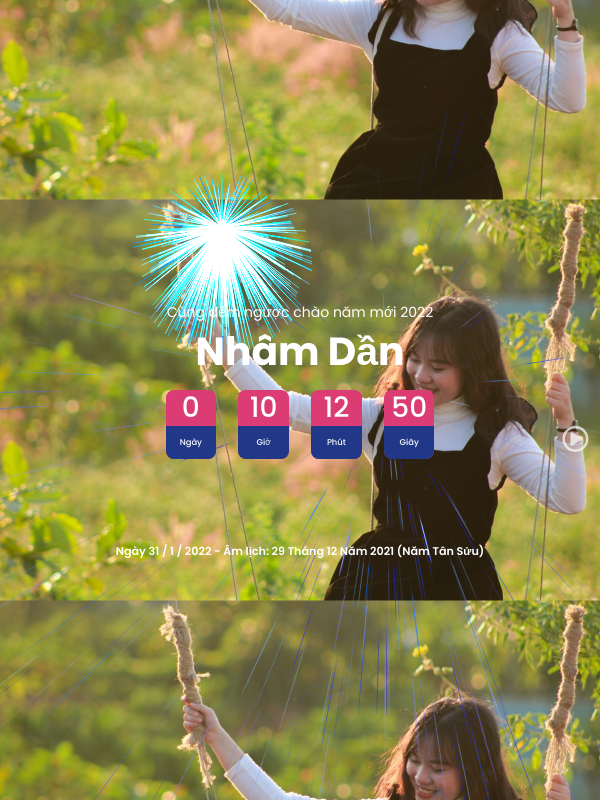
Repository: nguyenban1903/nguyenban1903.github.io
Page: huonggiangcountdown/index.html
The author's editor kept a copy of each file at every save. The page is drawn from the files as they stood at one save, then again after the next save.
The browser window is 600 px wide. The pictures show the whole page.
Some web libraries are served in a nearby version.

Above is the page before, as saved 2022-01-31 17:07:48.

### huonggiangcountdown/index.html
<!DOCTYPE html>
<html lang="en">
  <head>
    <meta charset="UTF-8" />
    <meta http-equiv="X-UA-Compatible" content="IE=edge" />
    <meta name="viewport" content="width=device-width, initial-scale=1.0" />
    <title>Happy New Year - Lunar New Year Vietnamese</title>
    <link rel="shortcut icon" href="./assets/icon/dobee.ico" type="image/x-icon">
    <link rel="icon" href="./assets/icon/dobee.ico" type="image/x-icon">
    <link rel="preconnect" href="https://fonts.googleapis.com" />
    <link rel="preconnect" href="https://fonts.gstatic.com" crossorigin />
    <link
      href="https://fonts.googleapis.com/css2?family=Poppins:wght@300;400;500;600;700;800;900&display=swap"
      rel="stylesheet"
    />
    <link rel="stylesheet" href="https://pro.fontawesome.com/releases/v5.10.0/css/all.css" integrity="sha384-AYmEC3Yw5cVb3ZcuHtOA93w35dYTsvhLPVnYs9eStHfGJvOvKxVfELGroGkvsg+p" crossorigin="anonymous"/>
    <link rel="stylesheet" href="./assets/css/style.css" />
  </head>
  <body>
    <div class="content-wrapper">
      <p class="header">
        Cùng đếm ngược chào năm mới <span id="newyear-positive">0000</span>
      </p>
      <h1 class="newyear">---</h1>
      <div class="time">
        <div class="time-box">
          <div class="time-box__count">
            <span id="days">0</span>
          </div>
          <div class="time-box__text">Ngày</div>
        </div>
        <div class="time-box">
          <div class="time-box__count">
            <span id="hours">0</span>
          </div>
          <div class="time-box__text">Giờ</div>
        </div>
        <div class="time-box">
          <div class="time-box__count">
            <span id="minutes">0</span>
          </div>
          <div class="time-box__text">Phút</div>
        </div>
        <div class="time-box">
          <div class="time-box__count">
            <span id="seconds">0</span>
          </div>
          <div class="time-box__text">Giây</div>
        </div>
      </div>

      <div class="current-date">
        <span class="date-positive">----</span>
        <span class="date-lunar">---</span>
      </div>
      <div class="musics">
        <i class="far fa-play-circle play-btn"></i>
        <i class="far fa-pause-circle pause-btn hide"></i>
      </div>
    </div>
    <div
      class="firework-container"
      style="background-image: url('./assets/img/g5.jpg')"
    ></div>
    <script src="./assets/js/fireworks.js"></script>
    <script src="./assets/js/amlich-nbd.js"></script>
    <script src="./assets/js/app.js"></script>
  </body>
</html>

### huonggiangcountdown/assets/css/style.css
:root {
  --txt-color: #fff;
  --timer-box-bg: #db3c74;
  --timer-box-txt-bg: #203887;
}

* {
  margin: 0;
  padding: 0;
  box-sizing: border-box;
}

html {
  user-select: none;
  font-family: "Poppins", sans-serif;
}

body {
  height: 100vh;
  color: var(--txt-color);
  overflow: hidden;
}

.firework-container {
  position: fixed;
  z-index: 0;
  left: 0;
  top: 0;
  width: 100%;
  height: 100%;
  background-position: right;
  background-size: contain;
  background-repeat: repeat;
}

.content-wrapper {
  position: absolute;
  z-index: 999;
  top: 0;
  left: -80px;
  width: 100%;
  height: 100%;
  display: flex;
  flex-direction: column;
  justify-content: center;
  align-items: center;
}

.header {
  font-size: 2rem;
  font-weight: 400;
  margin-bottom: 15px;
}

.newyear {
  font-size: 5rem;
  font-weight: 700;
  line-height: 1.5;
  margin-bottom: 27px
}

.time {
  display: flex;
  justify-content: center;
  align-items: center;
}

.time > * ~ * {
  margin-left: 4rem;
}

.time-box {
  background-color: var(--timer-box-bg);
  border-radius: 8px;
}

.time-box__count {
  width: 9rem;
  height: 9rem;
  display: flex;
  flex-direction: column;
  align-items: center;
  justify-content: center;
}

.time-box__count > span {
  font-size: 5rem;
  font-weight: 500;
}

.time-box__text {
  background-color: var(--timer-box-txt-bg);
  font-size: 1.5rem;
  font-weight: 500;
  text-align: center;
  padding: 10px 0;
  border-bottom-left-radius: 8px;
  border-bottom-right-radius: 8px;
}

.current-date {
  position: absolute;
  bottom: 25px;
}

.date-positive {
  font-size: 1.3rem;
  font-weight: 400;
}

.date-lunar {
  font-size: 1.3rem;
  font-weight: 400;
}

.musics {
  position: absolute;
  bottom: 26px;
  right: 24px;
  cursor: pointer;
}
.hide {
  display: none;
}
.musics > i {
  font-size: 2.4rem;
  opacity: 0.7;
}

@keyframes rotateBtn {
  from {
    transform: rotate(0);
  }
  to {
    transform: rotate(360deg);
  }
}

@media only screen and (min-width: 701px) and (max-width: 1200px) {
  html {
    font-size: 55%;
  }
  .content-wrapper{
    left: 0;
  }
  .header {
    font-size: 3rem;
    font-weight: 400;
  }
  .newyear {
    margin-bottom: 1.5em;
    font-size: 10rem;
    font-weight: 700;
    line-height: 2;
  }
  .time{
    bottom: 8em;
  }
  .time-box{
    height:12em;
  }
  .time-box__count{
    display: flex;
    flex-direction: column;
    align-items: center;
    justify-content: center;
  }
  .current-date {
    bottom: 8em;
  }
  .date-positive {
    font-size: 1.5rem;
    font-weight: 600;
  }
  .date-lunar {
    font-size: 1.5rem;
    font-weight: 600;
  }
  .musics {
    bottom: 10em;
    right: 1em;
  }
  .musics > i {
    font-size: 3.6rem;
    opacity: 0.7;
  }
}

@media only screen and (max-width: 700px) {
  html {
    font-size: 35%;
  }
  .content-wrapper{
    left: 0;
    margin: 0;
    padding: auto;
  }
  .header {
    margin-bottom: 0;
    font-size: 2.5rem;
    text-align: center;
  }
  .newyear {
    margin-bottom: 0.2em;
    font-size: 7rem;
    font-weight: 700;
    line-height: 1.5;
    text-align: center;
  }
  .time{
    padding-bottom: 7em;
  }
  .time-box__count{
    height: 6.5em;
  }
  .date-positive {
    font-size: 2rem;
    font-weight: 600;
    text-align: center;
  }
  .current-date {
    /* position : absolute; */
    text-align: center;
    font-size: 1.7em;
    bottom: 30%;
  }
  .date-lunar {
    font-size: 2rem;
    font-weight: 600;
  }
  .musics {
    bottom: 62em;
    right: 2em;
  }
  .musics > i {
    font-size: 4.8rem;
    opacity: 0.7;
  }

}

### huonggiangcountdown/assets/js/amlich-nbd.js
const CAN = [ "Giáp", "Ất", "Bính", "Đinh", "Mậu", "Kỷ", "Canh", "Tân", "Nhâm", "Quý", ];
const CHI = [ "Tý", "Sửu", "Dần", "Mão", "Thìn", "Tỵ", "Ngọ", "Mùi", "Thân", "Dậu", "Tuất", "Hợi", ];

TK13 = new Array(
    0x226da2, 0x4695d0, 0x3349dc, 0x5849b0, 0x42a4b0, 0x2aaab8, 0x506a50, 0x3ab540, 0x24bb44, 0x48ab6,
    0x3495b0, 0x205372, 0x464970, 0x2e64f9, 0x5454b0, 0x3e6a50, 0x296c57, 0x4c5ac0, 0x36ab60, 0x2386e,
    0x4892e0, 0x30c97c, 0x56c960, 0x40d4a0, 0x2adaa8, 0x4eb550, 0x3a56a0, 0x24adb5, 0x4c25d0, 0x3492e,
    0x1ed2b2, 0x44a950, 0x2ed4d9, 0x52b2a0, 0x3cb550, 0x285757, 0x4e4da0, 0x36a5b0, 0x225574, 0x4852b,
    0x33a93c, 0x566930, 0x406aa0, 0x2aada8, 0x50ab50, 0x3a4b60, 0x24aae4, 0x4aa570, 0x365270, 0x1f526,
    0x42e530, 0x2e6cba, 0x5456a0, 0x3c5b50, 0x294ad6, 0x4e4ae0, 0x38a4e0, 0x20d4d4, 0x46d260, 0x30d53,
    0x56b520, 0x3eb6a0, 0x2b56a9, 0x505570, 0x3c49d0, 0x25a1b5, 0x4aa4b0, 0x34aa50, 0x1eea51, 0x42b52,
    0x2cb5aa, 0x52ab60, 0x3e95b0, 0x284b76, 0x4e4970, 0x3864b0, 0x22b4b3, 0x466a50, 0x306b3b, 0x565ac,
    0x40ab60, 0x2b2ad8, 0x5049e0, 0x3aa4d0, 0x24d4b5, 0x48b250, 0x32b520, 0x1cf522, 0x42b5a0, 0x2c95e,
    0x5295b0, 0x3e49b0, 0x28a576, 0x4ca4b0, 0x36aa50, 0x20ba54, 0x466d40, 0x2ead6c, 0x54ab60, 0x409370
  )
  TK14 = new Array(
    0x2d49b8, 0x504970, 0x3a64b0, 0x246ca5, 0x48da50, 0x325aa0, 0x1cd6c1, 0x42a6e0, 0x2e92fb, 0x5292e,
    0x3cc960, 0x26d557, 0x4cd4a0, 0x34d550, 0x215553, 0x4656a0, 0x30a6d0, 0x1aa5d1, 0x4092b0, 0x2aa5b,
    0x50a950, 0x38b2a0, 0x23b2a5, 0x48ad50, 0x344da0, 0x1ccba1, 0x42a570, 0x2e52f9, 0x545270, 0x3c693,
    0x266b37, 0x4c6aa0, 0x36ab50, 0x205753, 0x464b60, 0x30a67c, 0x56a2e0, 0x3ed160, 0x28e968, 0x4ed4a,
    0x38daa0, 0x225ea5, 0x4856d0, 0x344ae0, 0x1f85d2, 0x42a2d0, 0x2cd17a, 0x52aa50, 0x3cb520, 0x24d74,
    0x4aada0, 0x3655d0, 0x2253b3, 0x4645b0, 0x30a2b0, 0x1ba2b1, 0x40aa50, 0x28b559, 0x4e6b20, 0x38ad6,
    0x255365, 0x489370, 0x344570, 0x1ea573, 0x4452b0, 0x2c6a6a, 0x50d950, 0x3c5aa0, 0x27aac7, 0x4aa6e,
    0x3652e0, 0x20cae3, 0x46a560, 0x2ed2bb, 0x54d2a0, 0x3ed550, 0x2a5ad9, 0x4e56a0, 0x38a6d0, 0x2455d,
    0x4a52b0, 0x32a8d0, 0x1ce552, 0x42b2a0, 0x2cb56a, 0x50ad50, 0x3c4da0, 0x26a7a6, 0x4ca570, 0x3651b,
    0x21a174, 0x466530, 0x316a9c, 0x545aa0, 0x3eab50, 0x2a2bd9, 0x502b60, 0x38a370, 0x2452e5, 0x48d160
  )
  TK15 = new Array(
    0x32e4b0, 0x1c7523, 0x40daa0, 0x2d5b4b, 0x5256d0, 0x3c2ae0, 0x26a3d7, 0x4ca2d0, 0x36d150, 0x1ed95,
    0x44b520, 0x2eb69c, 0x54ada0, 0x3e55d0, 0x2b25b9, 0x5045b0, 0x3aa2b0, 0x22aab5, 0x48a950, 0x32b52,
    0x1ceaa1, 0x40ab60, 0x2c55bc, 0x524b70, 0x3e4570, 0x265377, 0x4c52b0, 0x366950, 0x216954, 0x445aa,
    0x2eab5c, 0x54a6e0, 0x404ae0, 0x28a5e8, 0x4ea560, 0x38d2a0, 0x22eaa6, 0x46d550, 0x3256a0, 0x1d95a,
    0x4295d0, 0x2c4afb, 0x5249b0, 0x3ca4d0, 0x26d2d7, 0x4ab2a0, 0x34b550, 0x205d54, 0x462da0, 0x2e95b,
    0x1b1571, 0x4049b0, 0x2aa4f9, 0x4e64b0, 0x386a90, 0x22aea6, 0x486b50, 0x322b60, 0x1caae2, 0x42937,
    0x2f496b, 0x50c960, 0x3ae4d0, 0x266b27, 0x4adaa0, 0x345ad0, 0x2036d3, 0x4626e0, 0x3092e0, 0x18d2d,
    0x3ec950, 0x28d4d9, 0x4eb4a0, 0x36b690, 0x2355a6, 0x4855b0, 0x3425d0, 0x1ca5b2, 0x4292b0, 0x2ca97,
    0x526950, 0x3a74a0, 0x24b5a8, 0x4aab60, 0x3653b0, 0x202b74, 0x462570, 0x3052b0, 0x1ad2b1, 0x3e695,
    0x286ad9, 0x4e5aa0, 0x38ab50, 0x224ed5, 0x484ae0, 0x32a370, 0x1f44e3, 0x40d2a0, 0x2bd94b, 0x50b550
  )
  TK16 = new Array(
    0x3c56a0, 0x2497a7, 0x4a95d0, 0x364ae0, 0x20a9b4, 0x44a4d0, 0x2ed250, 0x19aaa1, 0x3eb550, 0x2856d,
    0x4e2da0, 0x3895b0, 0x244b75, 0x484970, 0x32a4b0, 0x1cb4b4, 0x426a90, 0x2aad5c, 0x505b50, 0x3c2b6,
    0x2695e8, 0x4a92f0, 0x364970, 0x206964, 0x44d4a0, 0x2cea5c, 0x52d690, 0x3e56d0, 0x2b2b5a, 0x4e26e,
    0x3892e0, 0x22cad6, 0x48c950, 0x30d4a0, 0x1af4a2, 0x40b590, 0x2c56dc, 0x5055b0, 0x3c25d0, 0x2693b,
    0x4c92b0, 0x34a950, 0x1fb155, 0x446ca0, 0x2ead50, 0x192b61, 0x3e4bb0, 0x2a25f9, 0x502570, 0x3852b,
    0x22aaa6, 0x46e950, 0x326aa0, 0x1abaa3, 0x40ab50, 0x2c4b7b, 0x524ae0, 0x3aa570, 0x2652d7, 0x4ad26,
    0x34d950, 0x1e5d55, 0x4456a0, 0x2e96d0, 0x1a55d2, 0x3e4ae0, 0x28a4fa, 0x4ea4d0, 0x38d250, 0x20d69,
    0x46b550, 0x3235a0, 0x1caba2, 0x4095b0, 0x2d49bc, 0x524970, 0x3ca4b0, 0x24b2b8, 0x4a6a50, 0x346d4,
    0x1fab54, 0x442ba0, 0x2e9370, 0x2e52f2, 0x544970, 0x3c64e9, 0x60d4a0, 0x4aea50, 0x373aa6, 0x5a56d,
    0x462b60, 0x3185e3, 0x5692e0, 0x3ec97b, 0x64a950, 0x4ed4a0, 0x38daa8, 0x5cb550, 0x4856b0, 0x342da4
  )
  TK17 = new Array(
    0x58a5d0, 0x4292d0, 0x2cd2b2, 0x52a950, 0x3cb4d9, 0x606aa0, 0x4aad50, 0x365756, 0x5c4ba0, 0x44a5b,
    0x314573, 0x5652b0, 0x41a94b, 0x62e950, 0x4e6aa0, 0x38ada8, 0x5e9b50, 0x484b60, 0x32aae4, 0x58a4f,
    0x445260, 0x2bd262, 0x50d550, 0x3d5a9a, 0x6256a0, 0x4a96d0, 0x3749d6, 0x5c49e0, 0x46a4d0, 0x2ed4d,
    0x54d250, 0x3ed53b, 0x64b540, 0x4cb5a0, 0x3995a8, 0x5e95b0, 0x4a49b0, 0x32a974, 0x58a4b0, 0x42aa5,
    0x2cea51, 0x506d40, 0x3aadbb, 0x622b60, 0x4c9370, 0x364af6, 0x5c4970, 0x4664b0, 0x3074a3, 0x52da5,
    0x3e6b5b, 0x6456d0, 0x502ae0, 0x3893e7, 0x5e92e0, 0x48c960, 0x33d155, 0x56d4a0, 0x40da50, 0x2d355,
    0x5256a0, 0x3aa6fa, 0x6225d0, 0x4c92d0, 0x36aab6, 0x5aa950, 0x44b4a0, 0x2ebaa4, 0x54ad50, 0x3f55a,
    0x644ba0, 0x4ea5b0, 0x3b5278, 0x5e52b0, 0x486930, 0x327555, 0x586aa0, 0x40ab50, 0x2c5b52, 0x524b6,
    0x3da56a, 0x60a4f0, 0x4c5260, 0x34ea66, 0x5ad530, 0x445aa0, 0x2eb6a3, 0x5496d0, 0x404ae0, 0x28c9d,
    0x4ea4d0, 0x38d2d8, 0x5eb250, 0x46b520, 0x31d545, 0x56ada0, 0x4295d0, 0x2c55b2, 0x5249b0, 0x3ca4f9
  )
  TK18 = new Array(
    0x62a4b0, 0x4caa50, 0x37b457, 0x5c6b40, 0x46ada0, 0x305b64, 0x569370, 0x424970, 0x2cc971, 0x5064b,
    0x3a6aa8, 0x5eda50, 0x4a5aa0, 0x32aec5, 0x58a6e0, 0x4492f0, 0x3052e2, 0x52c960, 0x3dd49a, 0x62d4a,
    0x4cd550, 0x365b57, 0x5c56a0, 0x46a6d0, 0x3295d4, 0x5692d0, 0x40a95c, 0x2ad4b0, 0x50b2a0, 0x38b5a,
    0x5ead50, 0x4a4da0, 0x34aba4, 0x58a570, 0x4452b0, 0x2eb273, 0x546930, 0x3c6abb, 0x626aa0, 0x4cab5,
    0x394b57, 0x5c4b60, 0x46a570, 0x3252e4, 0x56d160, 0x3ee93c, 0x64d520, 0x4edaa0, 0x3b5b29, 0x5e56d,
    0x4a4ae0, 0x34a5d5, 0x5aa2d0, 0x42d150, 0x2cea52, 0x52b520, 0x3cd6ab, 0x60ada0, 0x4c55d0, 0x384bb,
    0x5e45b0, 0x46a2b0, 0x30d2b4, 0x56aa50, 0x41b52c, 0x646b20, 0x4ead60, 0x3a55e9, 0x609370, 0x4a457,
    0x34a575, 0x5a52b0, 0x446a50, 0x2d5a52, 0x525aa0, 0x3dab4b, 0x62a6e0, 0x4c92e0, 0x36c6e6, 0x5ca56,
    0x46d4a0, 0x2eeaa5, 0x54d550, 0x4056a0, 0x2ad5a1, 0x4ea5d0, 0x3b52d9, 0x6052b0, 0x4aa950, 0x32d55,
    0x58b2a0, 0x42b550, 0x2e6d52, 0x524da0, 0x3da5cb, 0x62a570, 0x4e51b0, 0x36a977, 0x5c6530, 0x466a90
  )
  TK19 = new Array(
    0x30baa3, 0x56ab50, 0x422ba0, 0x2cab61, 0x52a370, 0x3c51e8, 0x60d160, 0x4ae4b0, 0x376926, 0x58daa0,
    0x445b50, 0x3116d2, 0x562ae0, 0x3ea2e0, 0x28e2d2, 0x4ec950, 0x38d556, 0x5cb520, 0x46b690, 0x325da4,
    0x5855d0, 0x4225d0, 0x2ca5b3, 0x52a2b0, 0x3da8b7, 0x60a950, 0x4ab4a0, 0x35b2a5, 0x5aad50, 0x4455b0,
    0x302b74, 0x562570, 0x4052f9, 0x6452b0, 0x4e6950, 0x386d56, 0x5e5aa0, 0x46ab50, 0x3256d4, 0x584ae0,
    0x42a570, 0x2d4553, 0x50d2a0, 0x3be8a7, 0x60d550, 0x4a5aa0, 0x34ada5, 0x5a95d0, 0x464ae0, 0x2eaab4,
    0x54a4d0, 0x3ed2b8, 0x64b290, 0x4cb550, 0x385757, 0x5e2da0, 0x4895d0, 0x324d75, 0x5849b0, 0x42a4b0,
    0x2da4b3, 0x506a90, 0x3aad98, 0x606b50, 0x4c2b60, 0x359365, 0x5a9370, 0x464970, 0x306964, 0x52e4a0,
    0x3cea6a, 0x62da90, 0x4e5ad0, 0x392ad6, 0x5e2ae0, 0x4892e0, 0x32cad5, 0x56c950, 0x40d4a0, 0x2bd4a3,
    0x50b690, 0x3a57a7, 0x6055b0, 0x4c25d0, 0x3695b5, 0x5a92b0, 0x44a950, 0x2ed954, 0x54b4a0, 0x3cb550,
    0x286b52, 0x4e55b0, 0x3a2776, 0x5e2570, 0x4852b0, 0x32aaa5, 0x56e950, 0x406aa0, 0x2abaa3, 0x50ab50
  ) /* Years 1800-1899 */
  TK20 = new Array(
    0x3c4bd8, 0x624ae0, 0x4ca570, 0x3854d5, 0x5cd260, 0x44d950, 0x315554, 0x5656a0, 0x409ad0, 0x2a55d2,
    0x504ae0, 0x3aa5b6, 0x60a4d0, 0x48d250, 0x33d255, 0x58b540, 0x42d6a0, 0x2cada2, 0x5295b0, 0x3f4977,
    0x644970, 0x4ca4b0, 0x36b4b5, 0x5c6a50, 0x466d40, 0x2fab54, 0x562b60, 0x409570, 0x2c52f2, 0x504970,
    0x3a6566, 0x5ed4a0, 0x48ea50, 0x336a95, 0x585ad0, 0x442b60, 0x2f86e3, 0x5292e0, 0x3dc8d7, 0x62c950,
    0x4cd4a0, 0x35d8a6, 0x5ab550, 0x4656a0, 0x31a5b4, 0x5625d0, 0x4092d0, 0x2ad2b2, 0x50a950, 0x38b557,
    0x5e6ca0, 0x48b550, 0x355355, 0x584da0, 0x42a5b0, 0x2f4573, 0x5452b0, 0x3ca9a8, 0x60e950, 0x4c6aa0,
    0x36aea6, 0x5aab50, 0x464b60, 0x30aae4, 0x56a570, 0x405260, 0x28f263, 0x4ed940, 0x38db47, 0x5cd6a0,
    0x4896d0, 0x344dd5, 0x5a4ad0, 0x42a4d0, 0x2cd4b4, 0x52b250, 0x3cd558, 0x60b540, 0x4ab5a0, 0x3755a6,
    0x5c95b0, 0x4649b0, 0x30a974, 0x56a4b0, 0x40aa50, 0x29aa52, 0x4e6d20, 0x39ad47, 0x5eab60, 0x489370,
    0x344af5, 0x5a4970, 0x4464b0, 0x2c74a3, 0x50ea50, 0x3d6a58, 0x6256a0, 0x4aaad0, 0x3696d5, 0x5c92e0
  ) /* Years 1900-1999 */
  TK21 = new Array(
    0x46c960, 0x2ed954, 0x54d4a0, 0x3eda50, 0x2a7552, 0x4e56a0, 0x38a7a7, 0x5ea5d0, 0x4a92b0, 0x32aab5,
    0x58a950, 0x42b4a0, 0x2cbaa4, 0x50ad50, 0x3c55d9, 0x624ba0, 0x4ca5b0, 0x375176, 0x5c5270, 0x466930,
    0x307934, 0x546aa0, 0x3ead50, 0x2a5b52, 0x504b60, 0x38a6e6, 0x5ea4e0, 0x48d260, 0x32ea65, 0x56d520,
    0x40daa0, 0x2d56a3, 0x5256d0, 0x3c4afb, 0x6249d0, 0x4ca4d0, 0x37d0b6, 0x5ab250, 0x44b520, 0x2edd25,
    0x54b5a0, 0x3e55d0, 0x2a55b2, 0x5049b0, 0x3aa577, 0x5ea4b0, 0x48aa50, 0x33b255, 0x586d20, 0x40ad60,
    0x2d4b63, 0x525370, 0x3e49e8, 0x60c970, 0x4c54b0, 0x3768a6, 0x5ada50, 0x445aa0, 0x2fa6a4, 0x54aad0,
    0x4052e0, 0x28d2e3, 0x4ec950, 0x38d557, 0x5ed4a0, 0x46d950, 0x325d55, 0x5856a0, 0x42a6d0, 0x2c55d4,
    0x5252b0, 0x3ca9b8, 0x62a930, 0x4ab490, 0x34b6a6, 0x5aad50, 0x4655a0, 0x2eab64, 0x54a570, 0x4052b0,
    0x2ab173, 0x4e6930, 0x386b37, 0x5e6aa0, 0x48ad50, 0x332ad5, 0x582b60, 0x42a570, 0x2e52e4, 0x50d160,
    0x3ae958, 0x60d520, 0x4ada90, 0x355aa6, 0x5a56d0, 0x462ae0, 0x30a9d4, 0x54a2d0, 0x3ed150, 0x28e952
  ) /* Years 2000-2099 */
  TK22 = new Array(
    0x4eb520, 0x38d727, 0x5eada0, 0x4a55b0, 0x362db5, 0x5a45b0, 0x44a2b0, 0x2eb2b4, 0x54a950, 0x3cb559,
    0x626b20, 0x4cad50, 0x385766, 0x5c5370, 0x484570, 0x326574, 0x5852b0, 0x406950, 0x2a7953, 0x505aa0,
    0x3baaa7, 0x5ea6d0, 0x4a4ae0, 0x35a2e5, 0x5aa550, 0x42d2a0, 0x2de2a4, 0x52d550, 0x3e5abb, 0x6256a0,
    0x4c96d0, 0x3949b6, 0x5e4ab0, 0x46a8d0, 0x30d4b5, 0x56b290, 0x40b550, 0x2a6d52, 0x504da0, 0x3b9567,
    0x609570, 0x4a49b0, 0x34a975, 0x5a64b0, 0x446a90, 0x2cba94, 0x526b50, 0x3e2b60, 0x28ab61, 0x4c9570,
    0x384ae6, 0x5cd160, 0x46e4a0, 0x2eed25, 0x54da90, 0x405b50, 0x2c36d3, 0x502ae0, 0x3a93d7, 0x6092d0,
    0x4ac950, 0x32d556, 0x58b4a0, 0x42b690, 0x2e5d94, 0x5255b0, 0x3e25fa, 0x6425b0, 0x4e92b0, 0x36aab6,
    0x5c6950, 0x4674a0, 0x31b2a5, 0x54ad50, 0x4055a0, 0x2aab73, 0x522570, 0x3a5377, 0x6052b0, 0x4a6950,
    0x346d56, 0x585aa0, 0x42ab50, 0x2e56d4, 0x544ae0, 0x3ca570, 0x2864d2, 0x4cd260, 0x36eaa6, 0x5ad550,
    0x465aa0, 0x30ada5, 0x5695d0, 0x404ad0, 0x2aa9b3, 0x50a4d0, 0x3ad2b7, 0x5eb250, 0x48b540, 0x33d556
  ) /* Years 2100-2199 */
const months = [01, 02, 03, 04, 05, 06, 07, 08, 09, 10, 11, 12];
const FIRST_DAY = jdn(31, 1, 1200)
const LAST_DAY = jdn(31, 12, 2199)
const PI = Math.PI
const today = new Date()
const currentLunarDate = getLunarDate(today.getDate(), today.getMonth()+1, today.getFullYear())
const currentMonth = today.getMonth()+1
const currentYear = today.getFullYear();
function INT(d) {
    return Math.floor(d);
}

function LunarDate(dd, mm, yy, leap, jd) {
    this.day = dd;
    this.month = mm;
    this.year = yy;
    this.leap = leap;
    this.jd = jd;
}

function jdn(dd, mm, yy) {
    var a = INT((14 - mm) / 12);
    var y = yy+4800-a;
    var m = mm+12*a-3;
    var jd = dd + INT((153*m+2)/5) + 365*y + INT(y/4) - INT(y/100) + INT(y/400) - 32045;
    return jd;
    //return 367*yy - INT(7*(yy+INT((mm+9)/12))/4) - INT(3*(INT((yy+(mm-9)/7)/100)+1)/4) + INT(275*mm/9)+dd+1721029;
}

function decodeLunarYear(yy, k) {
    var monthLengths, regularMonths, offsetOfTet, leapMonth, leapMonthLength, solarNY, currentJD, j, mm;
    var ly = new Array();
    monthLengths = new Array(29, 30);
    regularMonths = new Array(12);
    offsetOfTet = k >> 17;
    leapMonth = k & 0xf;
    leapMonthLength = monthLengths[k >> 16 & 0x1];
    solarNY = jdn(1, 1, yy);
    currentJD = solarNY+offsetOfTet;
    j = k >> 4;
    for(i = 0; i < 12; i++) {
      regularMonths[12 - i - 1] = monthLengths[j & 0x1];
      j >>= 1;
    }
    if (leapMonth == 0) {
      for(mm = 1; mm <= 12; mm++) {
        ly.push(new LunarDate(1, mm, yy, 0, currentJD));
        currentJD += regularMonths[mm-1];
      }
    } else {
      for(mm = 1; mm <= leapMonth; mm++) {
        ly.push(new LunarDate(1, mm, yy, 0, currentJD));
        currentJD += regularMonths[mm-1];
      }
      ly.push(new LunarDate(1, leapMonth, yy, 1, currentJD));
      currentJD += leapMonthLength;
      for(mm = leapMonth+1; mm <= 12; mm++) {
        ly.push(new LunarDate(1, mm, yy, 0, currentJD));
        currentJD += regularMonths[mm-1];
      }
    }
    return ly;
  }

  function getYearInfo(yyyy) {
    var yearCode;
    if (yyyy < 1300) {
      yearCode = TK13[yyyy - 1200];
    } else if (yyyy < 1400) {
      yearCode = TK14[yyyy - 1300];
    } else if (yyyy < 1500) {
      yearCode = TK15[yyyy - 1400];
    } else if (yyyy < 1600) {
      yearCode = TK16[yyyy - 1500];
    } else if (yyyy < 1700) {
      yearCode = TK17[yyyy - 1600];
    } else if (yyyy < 1800) {
      yearCode = TK18[yyyy - 1700];
    } else if (yyyy < 1900) {
      yearCode = TK19[yyyy - 1800];
    } else if (yyyy < 2000) {
      yearCode = TK20[yyyy - 1900];
    } else if (yyyy < 2100) {
      yearCode = TK21[yyyy - 2000];
    } else {
      yearCode = TK22[yyyy - 2100];
    }
    return decodeLunarYear(yyyy, yearCode);
  }

  function findLunarDate(jd, ly) {
    if (jd > LAST_DAY || jd < FIRST_DAY || ly[0].jd > jd) {
      return new LunarDate(0, 0, 0, 0, jd);
    }
    var i = ly.length-1;
    while (jd < ly[i].jd) {
      i--;
    }
    var off = jd - ly[i].jd;
    ret = new LunarDate(ly[i].day+off, ly[i].month, ly[i].year, ly[i].leap, jd);
    return ret;
  }

  function getLunarDate(dd, mm, yyyy) {
    var ly, jd;
    if (yyyy < 1300 || 2199 < yyyy) {
      //return new LunarDate(0, 0, 0, 0, 0);
    }
    ly = getYearInfo(yyyy);
    jd = jdn(dd, mm, yyyy);
    if (jd < ly[0].jd) {
      ly = getYearInfo(yyyy - 1);
    }
    return findLunarDate(jd, ly);
  }

function getYearCanChi(year) {
    return CAN[(year + 6) % 10] + " " + CHI[(year + 8) % 12];
}

### huonggiangcountdown/assets/js/app.js
const fireWorkContainer = document.querySelector(".firework-container");
const daySpan = document.querySelector("#days");
const hourSpan = document.querySelector("#hours");
const minuteSpan = document.querySelector("#minutes");
const secondSpan = document.querySelector("#seconds");
const lunarTimeSpan = document.querySelector(".date-lunar");
const positiveTimeSpan = document.querySelector(".date-positive");
const newYearPositive = document.querySelector("#newyear-positive");
const newYearLunar = document.querySelector(".newyear");
const musicPlay = document.querySelector(".musics");
const playBtn = document.querySelector(".play-btn");
const pauseBtn = document.querySelector(".pause-btn");
const songs = [
  {
      name: "Năm qua tôi đã làm gì",
      path: './assets/music/NamQuaToiDaLamGi.mp3',
  },
  {
      name: "1 năm mới bình an",
      path: './assets/music/1nammoibinhan.mp3',
  },
  {
      name: "Happy New Year",
      path: "./assets/music/HappyNewYear-ABBA.mp3"
  }
];
let isPlaying = false
let currSong, flag = 0
const audio = new Audio()

const firework = new Fireworks(fireWorkContainer, {
  speech: 4,
  acceleration: 2,
  friction: 1,
  gravity: 4,
  particles: 600,
  explosion: 10,
});

const nowYear = new Date();
newYearPositive.innerHTML = nowYear.getFullYear();
newYearLunar.innerHTML = getYearCanChi(nowYear.getFullYear());

const countdown = () => {
  const datePos = nowYear.getDate();
  const monthPos = months[nowYear.getMonth()];
  const yearPos = nowYear.getFullYear();

  const dayLunar = getLunarDate(datePos, monthPos, nowYear.getFullYear()).day
  const monthLunar = getLunarDate(datePos, monthPos, nowYear.getFullYear()).month
  const yearLunar = getLunarDate(datePos, monthPos, nowYear.getFullYear()).year

  const countDateTime = new Date(yearLunar + 1, months[0], 1).getTime();
  const nowTime = new Date().getTime();
  const distance = countDateTime - nowTime;

  const days = Math.floor(distance / (1000 * 60 * 60 * 24));
  const hours = Math.floor((distance % (1000 * 60 * 60 * 24)) / (1000 * 60 * 60));
  const minutes = Math.floor((distance % (1000 * 60 * 60)) / (1000 * 60));
  const seconds = Math.floor((distance % (1000 * 60)) / 1000);

  daySpan.innerHTML = days;
  hourSpan.innerHTML = hours;
  minuteSpan.innerHTML = minutes;
  secondSpan.innerHTML = seconds;
  positiveTimeSpan.innerHTML = `Ngày ${datePos} / ${monthPos} / ${yearPos} - `
  lunarTimeSpan.innerHTML = `Âm lịch: ${dayLunar} Tháng ${monthLunar} Năm ${nowYear.getFullYear() - 1}
    (Năm ${getYearCanChi(nowYear.getFullYear() - 1)})`;
  if (distance < 0) {
    clearInterval(countdownInterval);
  }
};

const handleEvent = () => {
  musicPlay.addEventListener("click", (e) => {
      if (isPlaying) {
          playBtn.classList.remove("hide")
          pauseBtn.classList.add("hide")
          currSong.pause()
      } else {
          playBtn.classList.add("hide")
          pauseBtn.classList.remove("hide")
          pauseBtn.style.animation = 'rotateBtn 2s linear 0.2s infinite'
          selectTrack(flag)
      }
  })
}

function  selectTrack(flag) {
  songs.forEach((song, index) => {
      if (flag === index) {
          initPlayer(song.path, (flag) => {
              selectTrack(flag)
          });
      }
  })
}

function initPlayer(url, callback) {
  audio.src = url
  if (audio.src !== undefined) {
      audio.play()
  }
  audio.volume = 0.3
  audio.onplay = () => {
      isPlaying = true
      currSong = audio
  }
  audio.onpause = () => {
      isPlaying = false
      currSong = null
  }
  audio.onended = () => {
      isPlaying = false
      currSong = null
      if (flag < songs.length - 1 ) {
          callback(++flag)
      } else {
          flag = 0
          callback(flag)
      }
  }
}

firework.start();
countdown();
handleEvent();
const countdownInterval = setInterval(countdown, 1000);

Loaded but not shown: huonggiangcountdown/assets/js/fireworks.js (library)

After the next save:
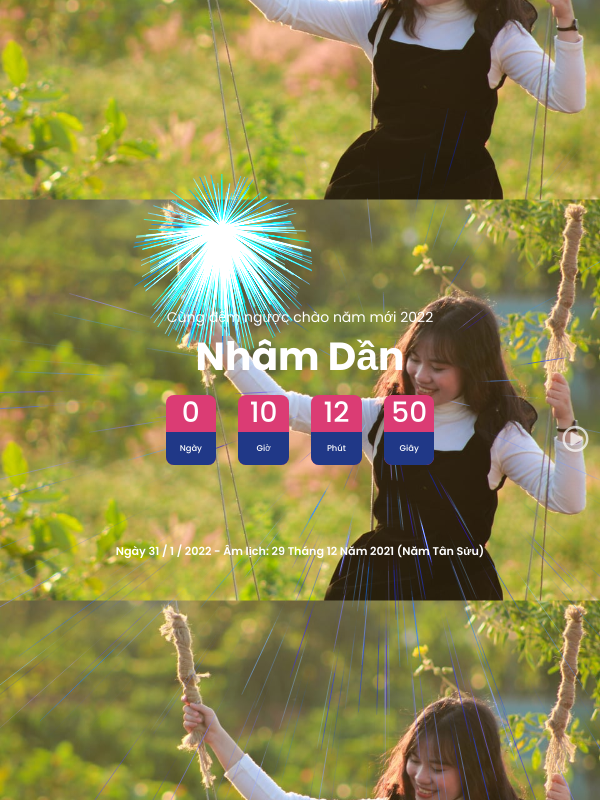
Saved 38 s later.
--- a/huonggiangcountdown/assets/css/style.css
+++ b/huonggiangcountdown/assets/css/style.css
@@ -208,7 +208,7 @@ body {
     text-align: center;
   }
   .time{
-    padding-bottom: 7em;
+    padding-bottom: 5em;
   }
   .time-box__count{
     height: 6.5em;
